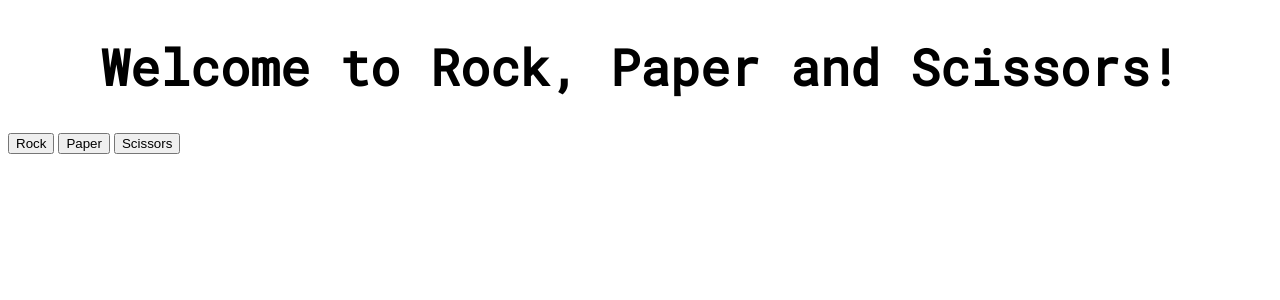
Repository: Ascendrospyder/rock-paper-scissors
Page: app.html
An editor plug-in stored every save of this project. The page is shown before and after a run of saves, followed by the edit.
The browser window is 1280 px wide. The pictures show the whole page.

Above is the page before, as saved 2022-12-21 01:20:16.

After the next 2 saves:
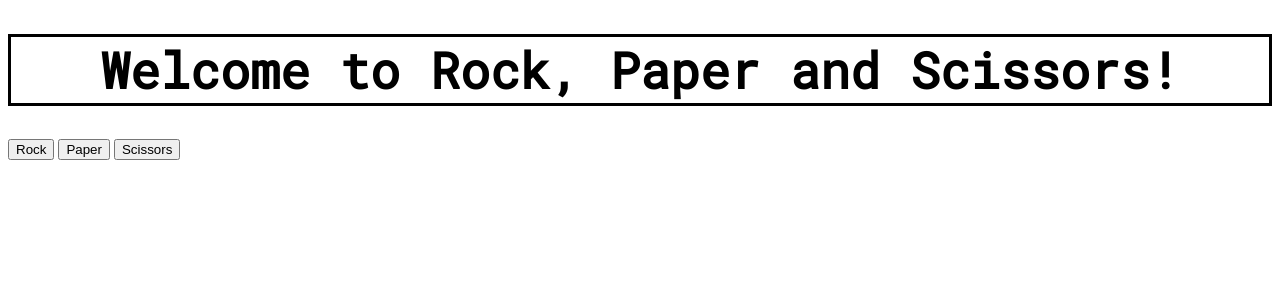
The 2 saves are shown as one change because they came seconds apart.
The last was saved 10 s later.
--- a/style.css
+++ b/style.css
@@ -2,4 +2,6 @@
     font-family: 'Roboto Mono', monospace;
     font-size: 50px;
     text-align: center;
+    border: solid;
+    border
 }
